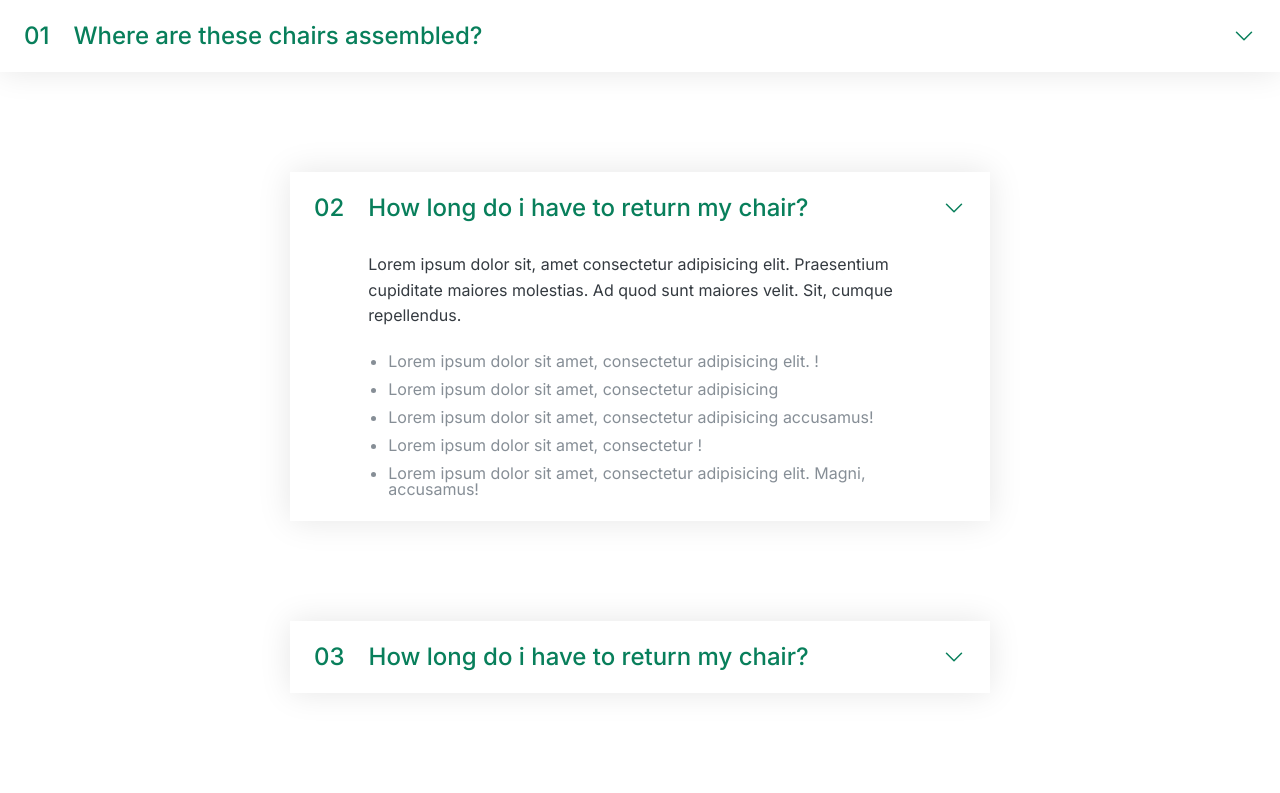
Repository: sunny070/CSS
Page: HTML and CSS some of the important components/index.html
An editor plug-in stored every save of this project. The page is shown before and after the next save, followed by the edit.
The browser window is 1280 px wide. The pictures show the whole page.

Above is the page before, as saved 2023-11-13 15:29:38.

After the next save:
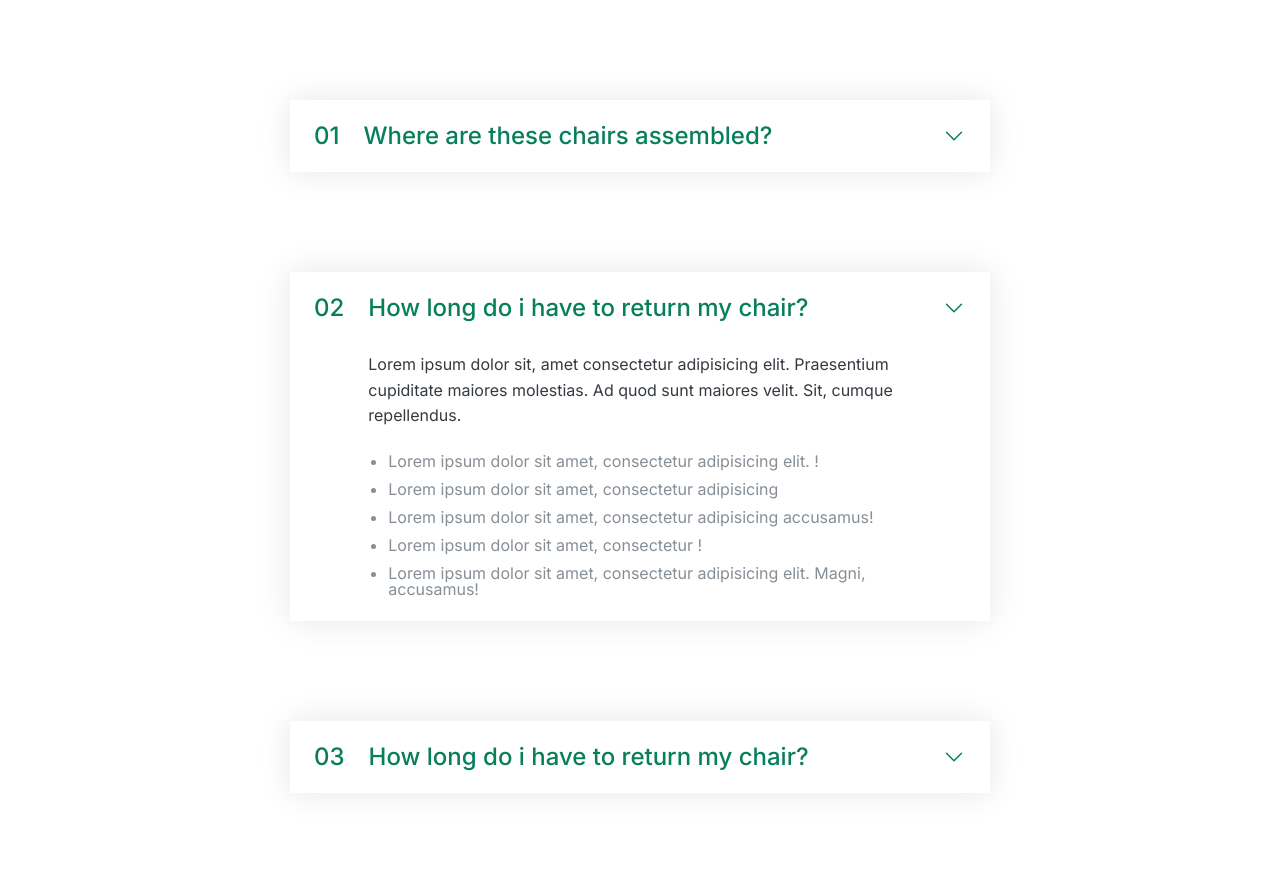
Saved 4 s later.
--- a/HTML and CSS some of the important components/index.html
+++ b/HTML and CSS some of the important components/index.html
@@ -83,7 +83,7 @@
     </style>
   </head>
   <body>
-
+    <div class="accordion">
       <div class="item">
       <p class="number"> 01</p>
       <p class="text">Where are these chairs assembled?</p>
